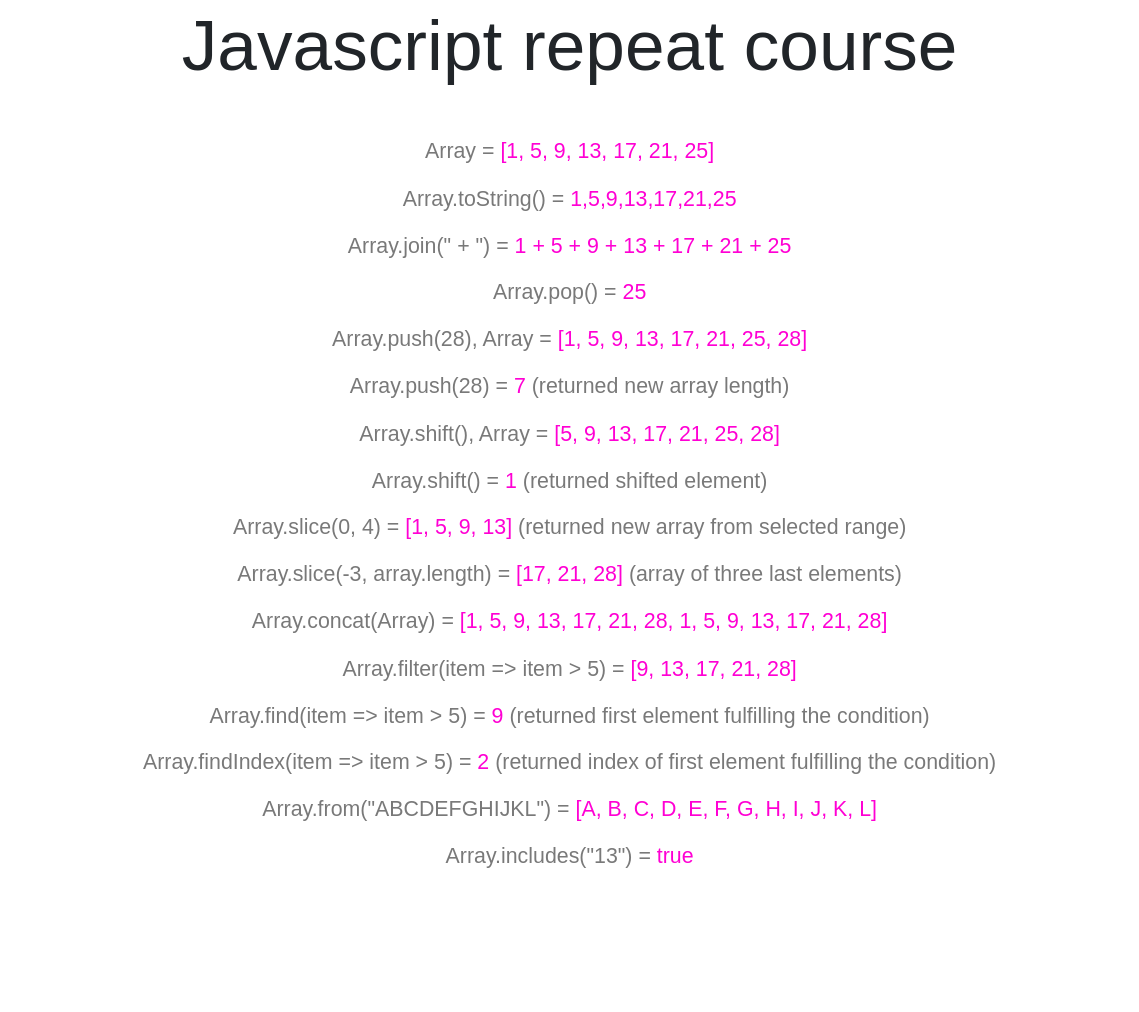
Repository: michalgornicki/javascript
Page: /
An editor plug-in stored every save of this project. The page is shown before and after the next save, followed by the edit.
The browser window is 1280 px wide. The pictures show the whole page, at 89% of full size.
The project was rebuilt for these pictures with package versions that can differ from the ones it lists, and the page was loaded fresh each time. Also part of the build but not shown: src/index.css.

Above is the page before, as saved 2022-01-31 13:18:08.

After the next save:
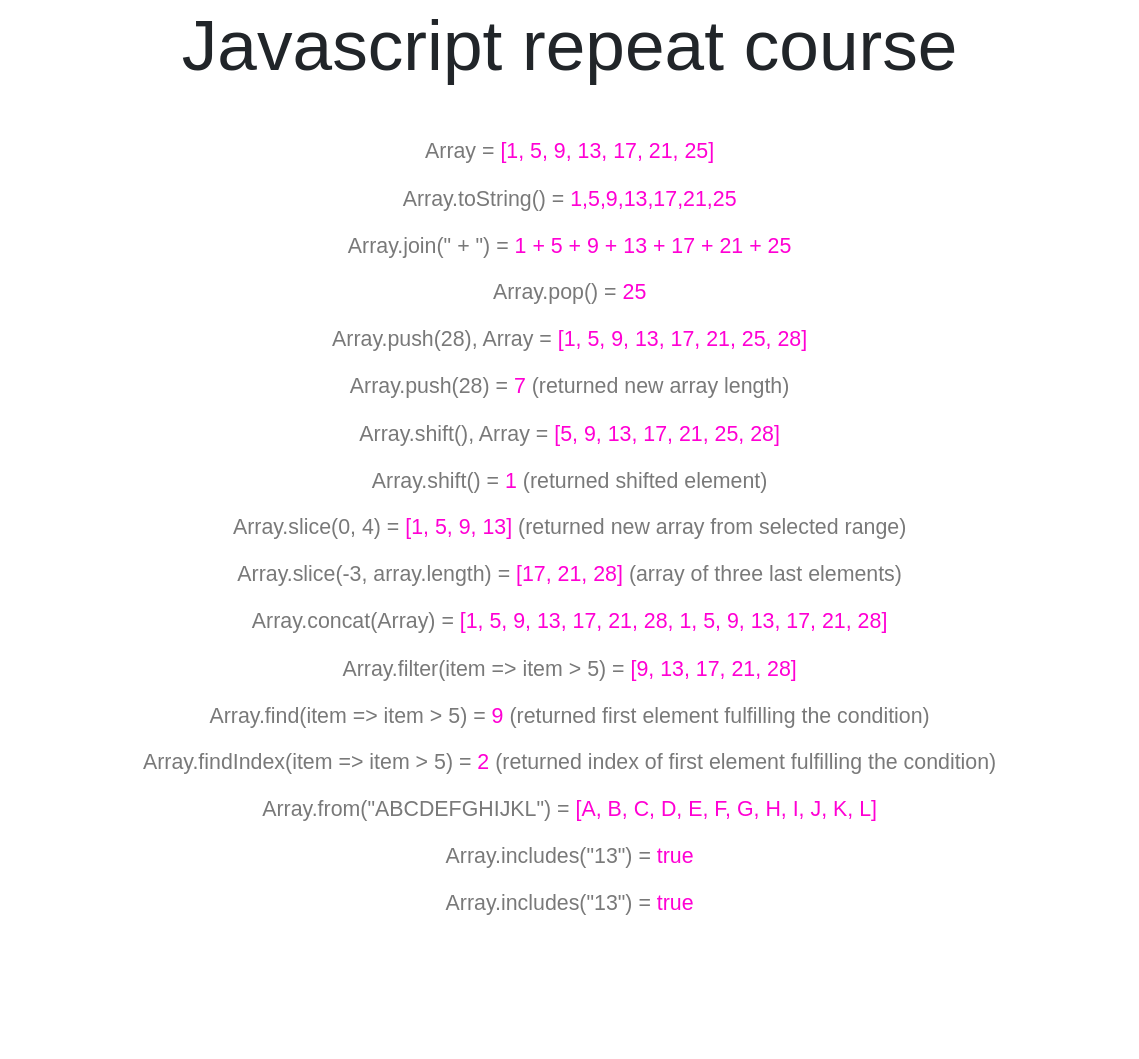
Saved 4 s later.
--- a/src/App.jsx
+++ b/src/App.jsx
@@ -90,7 +90,13 @@ function App() {
         </span>
         <span className="text-pink"> { "true" } </span>
       </div>
-
+      <div className="js-item h4 py-2">
+        {" "}
+        <span className="">
+         Array.includes("13") =
+        </span>
+        <span className="text-pink"> { "true" } </span>
+      </div>
 
 
     </div>
